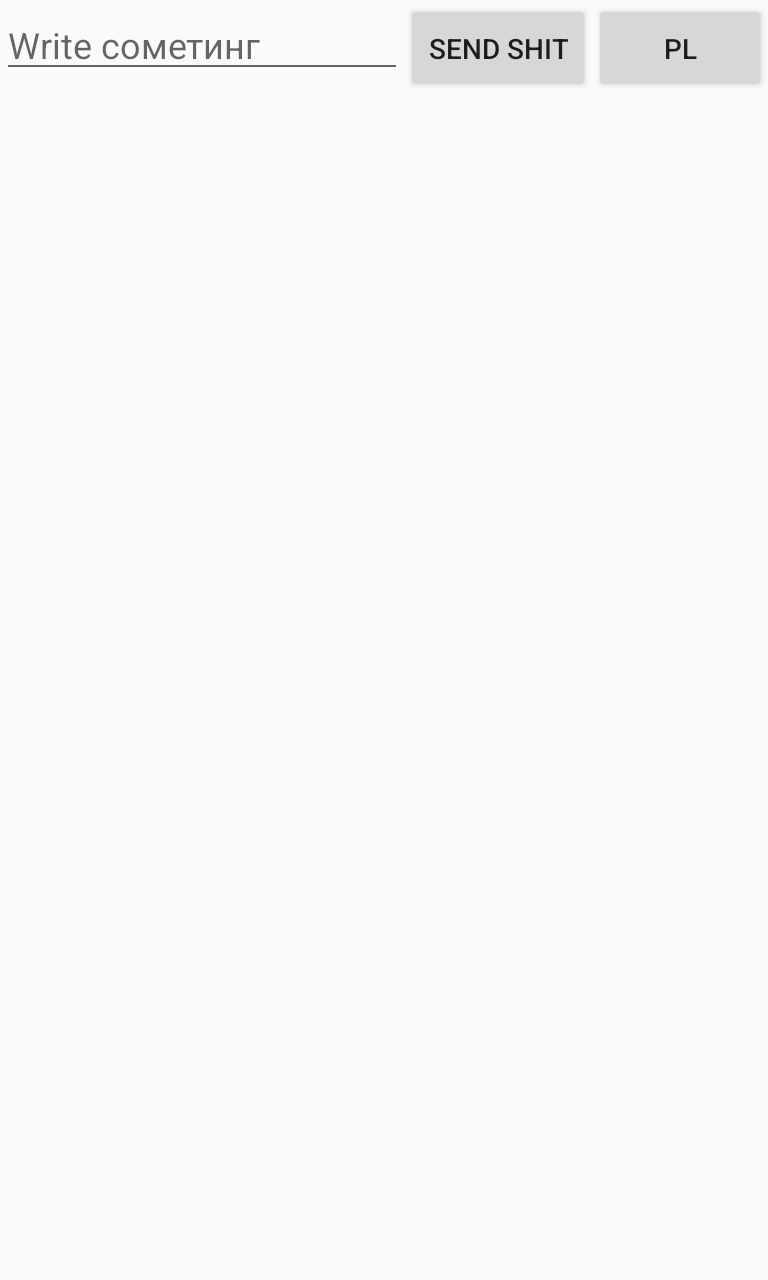
Repository: SVasilev/TimeWaste
Layout: TimeWaste/res/layout/activity_time_waste.xml
The author's editor kept a copy of each file at every save. The layout is drawn from the files as they stood at one save, then again after the next save.
It is drawn on a 768 x 1280 px phone screen (xhdpi) without system bars, with theme AppTheme; the app's code is not run.

Above is the layout before, as saved 2014-07-19 16:51:55.

### TimeWaste/res/layout/activity_time_waste.xml
<LinearLayout xmlns:android="http://schemas.android.com/apk/res/android"
    xmlns:tools="http://schemas.android.com/tools"
    android:layout_width="match_parent"
    android:layout_height="match_parent"
    android:orientation="horizontal" >с

    <EditText android:id="@+id/std_message"
        android:layout_weight="1"
        android:layout_width="0dp"
        android:layout_height="wrap_content"
        android:hint="Write сометинг" />

    <Button
        android:id="@+id/button"
        android:layout_width="wrap_content"
        android:layout_height="wrap_content"
        android:text="Send shiT"
        android:onClick="sendMessage" />

    <Button
        android:id="@+id/button_play"
        android:layout_width="wrap_content"
        android:layout_height="wrap_content"
        android:text="Pl"
        android:onClick="sendMessage" />

</LinearLayout>

Loaded but not shown: TimeWaste/res/values/styles.xml (common file); TimeWaste/res/values-v11/styles.xml (common file); TimeWaste/res/values-v14/styles.xml (common file)

After the next save:
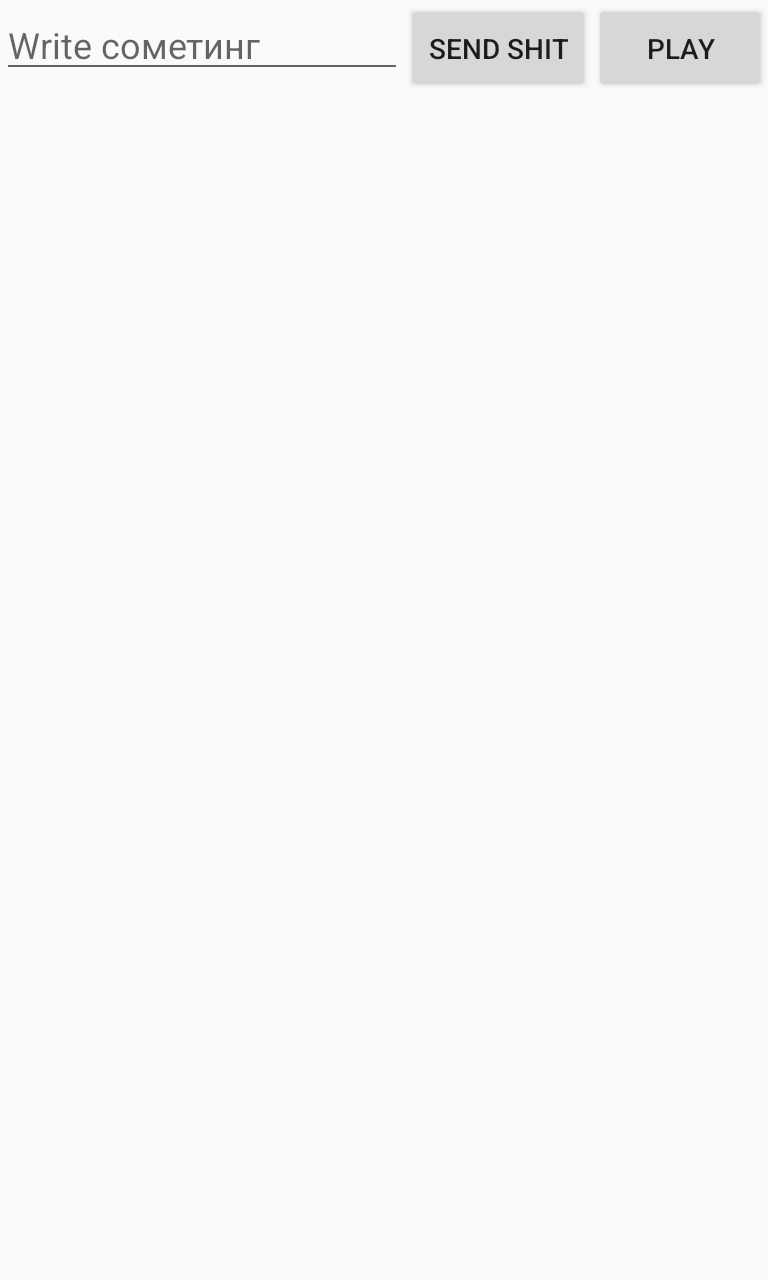
Saved 11 s later.
--- a/TimeWaste/res/layout/activity_time_waste.xml
+++ b/TimeWaste/res/layout/activity_time_waste.xml
@@ -21,7 +21,7 @@
         android:id="@+id/button_play"
         android:layout_width="wrap_content"
         android:layout_height="wrap_content"
-        android:text="Pl"
+        android:text="Play"
         android:onClick="sendMessage" />
 
 </LinearLayout>
